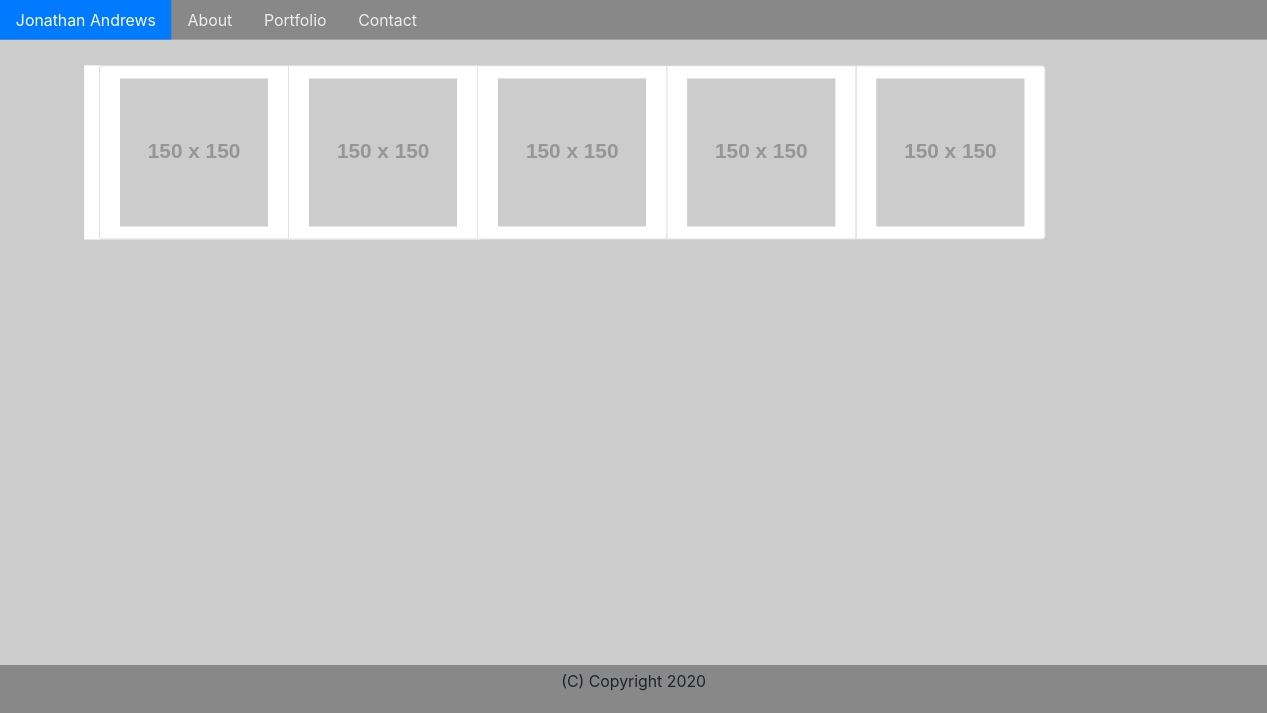
Repository: ionathas78/ionathas78.github.io
Page: portfolio.html
The author's editor kept a copy of each file at every save. The page is drawn from the files as they stood at one save, then again after the next save.
The browser window is 1280 px wide. The pictures show the whole page, at 99% of full size.

Above is the page before, as saved 2020-03-17 17:31:16.

After the next save:
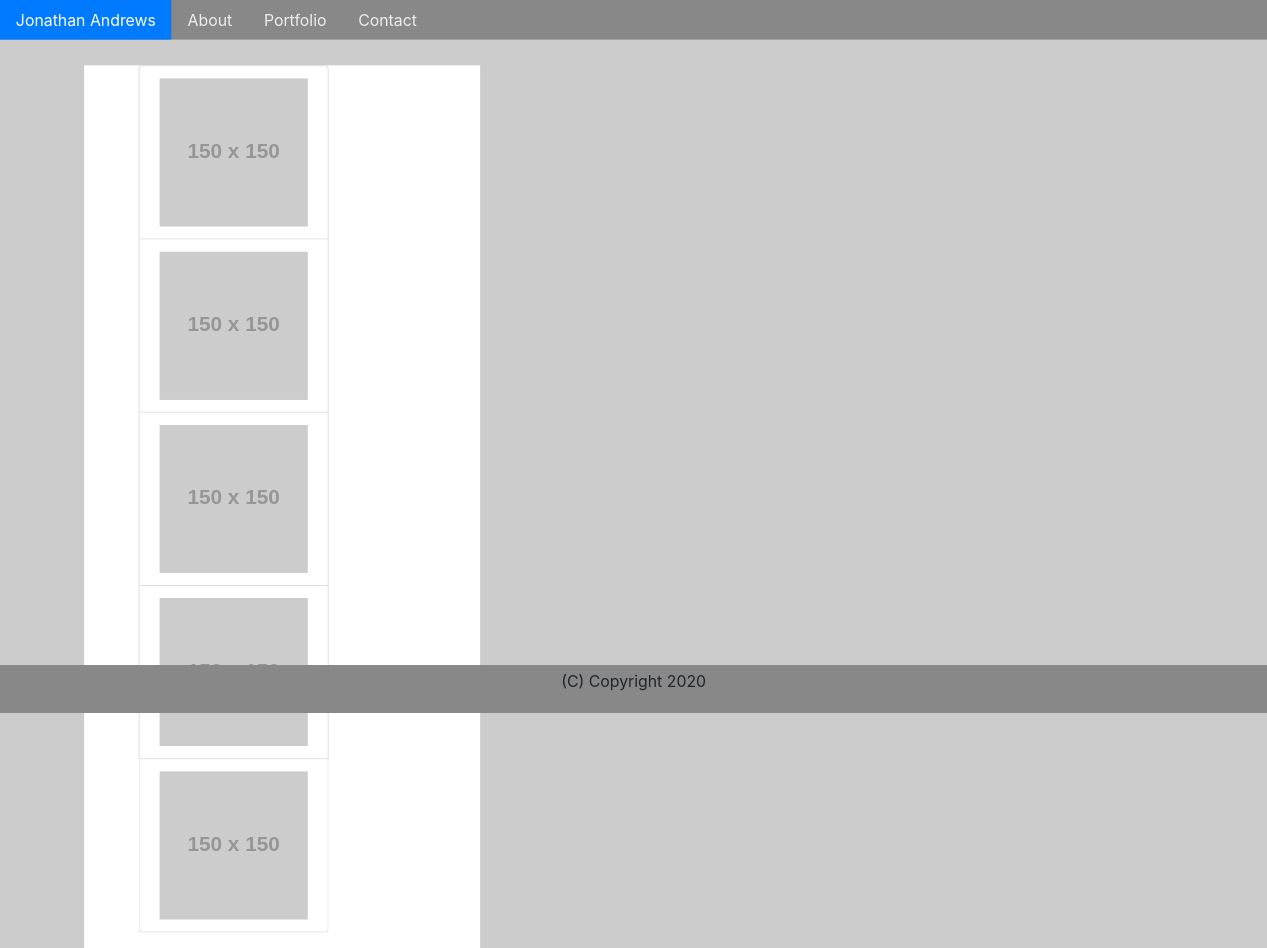
Saved 3 min 10 s later.
--- a/portfolio.html
+++ b/portfolio.html
@@ -29,7 +29,8 @@
         <div class="row">
             <div class="col-lg-4">
                 <div class="container clearfix" style="width: 50vw; max-width: 400px; background-color: white; margin-top: 2vw;">
-                    <ul class="list-group list-group-horizontal float-left">
+                    <!-- <ul class="list-group list-group-horizontal float-left"> -->
+                    <ul class="float-left">
                         <li class="list-group-item"><a href="" target="_blank"><img src="https://via.placeholder.com/150" alt="Placeholder Item Image"/></a></li>
                         <li class="list-group-item"><a href="" target="_blank"><img src="https://via.placeholder.com/150" alt="Placeholder Item Image"/></a></li>
                         <li class="list-group-item"><a href="" target="_blank"><img src="https://via.placeholder.com/150" alt="Placeholder Item Image"/></a></li>
